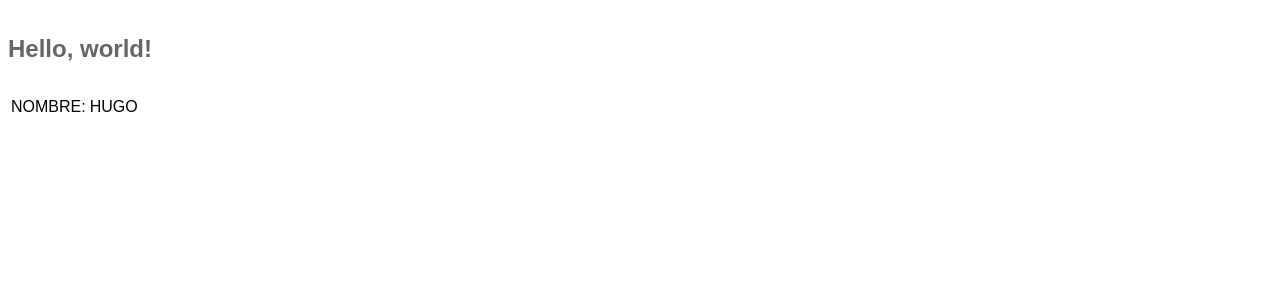
Repository: hhugohm/php_basic
Page: http://localhost/src/hello_pretty.php
An editor plug-in stored every save of this project. The page is shown before and after the next save, followed by the edit.
The browser window is 1280 px wide. The pictures show the whole page.
The page is run by PHP 8.4 with error messages shown; the project is at /var/www/html/.

Above is the page before, as saved 2017-06-08 20:58:39.

After the next save:
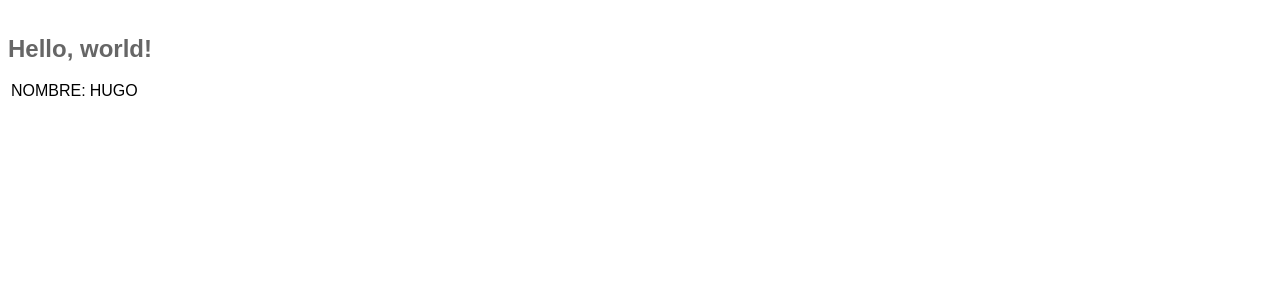
Saved 17 s later.
--- a/php_unidad2/src/hello_pretty.php
+++ b/php_unidad2/src/hello_pretty.php
@@ -7,7 +7,7 @@
   </head>
   <body>
     <h1><?php echo "Hello, world!"; ?></h1>
-    <br>
+    <p></p>
     	<table>
 
     			<tr>
